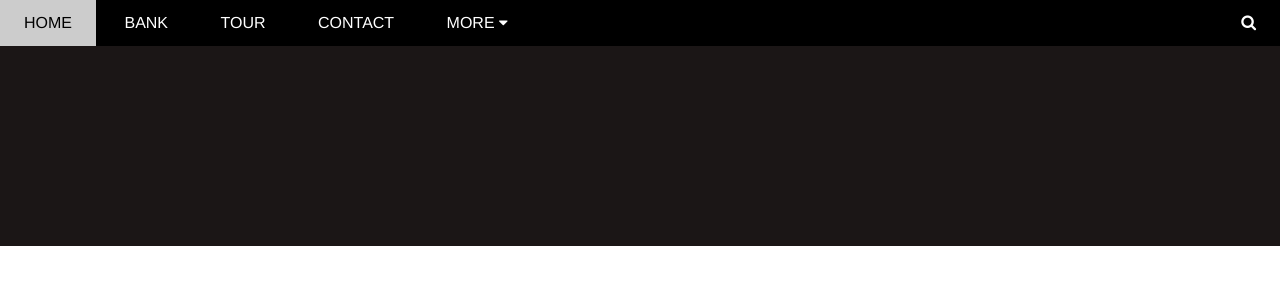
Repository: vuongtm1999/TheBand_W3School
Page: index.html
These files come from the project's save history. The page is drawn as it stood at one moment and after the next save; the edit follows.
The browser window is 1280 px wide. The pictures show the whole page.
The pointer rests on the first visible `#header .search-button`.

Above is the page before, as saved 2022-08-25 06:54:16.

After the next save:
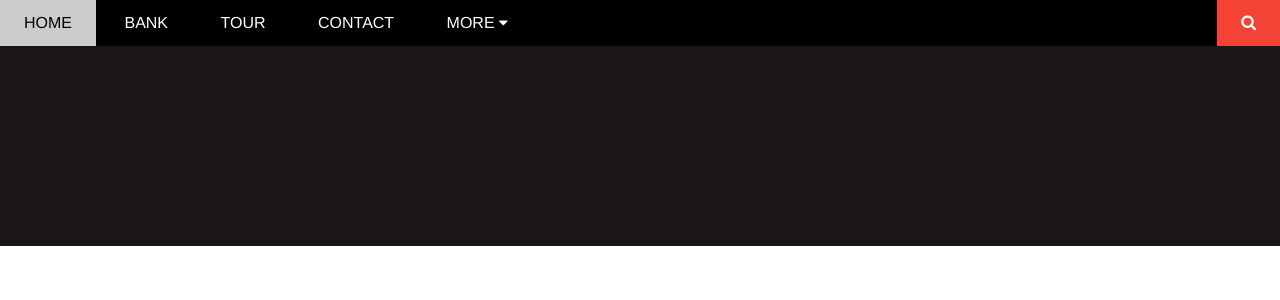
Saved 4 s later.
--- a/assets/css/style.css
+++ b/assets/css/style.css
@@ -105,7 +105,7 @@ a{
 }
 
 #header .search-button:hover{
-    background-color: f44336;
+    background-color: #f44336;
 }
 
 
